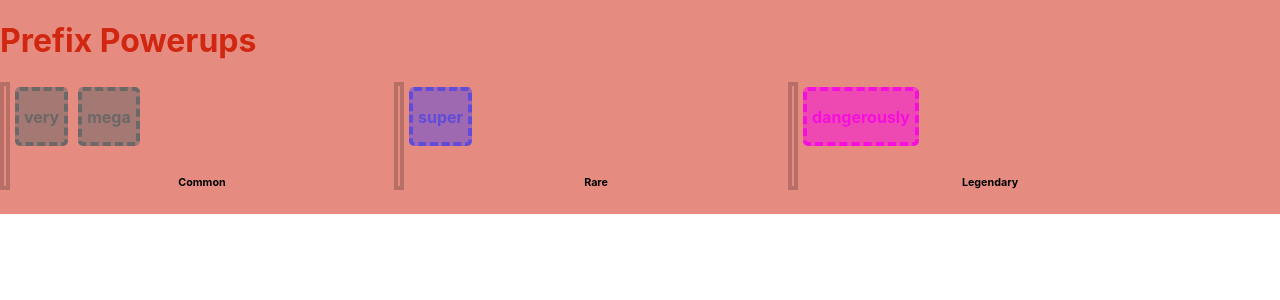
Repository: bsalgado98/buns-inator
Page: /
An editor plug-in stored every save of this project. The page is shown before and after a run of saves, followed by the edit.
The browser window is 1280 px wide. The pictures show the whole page.
The project was rebuilt for these pictures with package versions that can differ from the ones it lists, and the page was loaded fresh each time.

Above is the page before, as saved 2022-04-25 22:40:58.

After the next 2 saves:
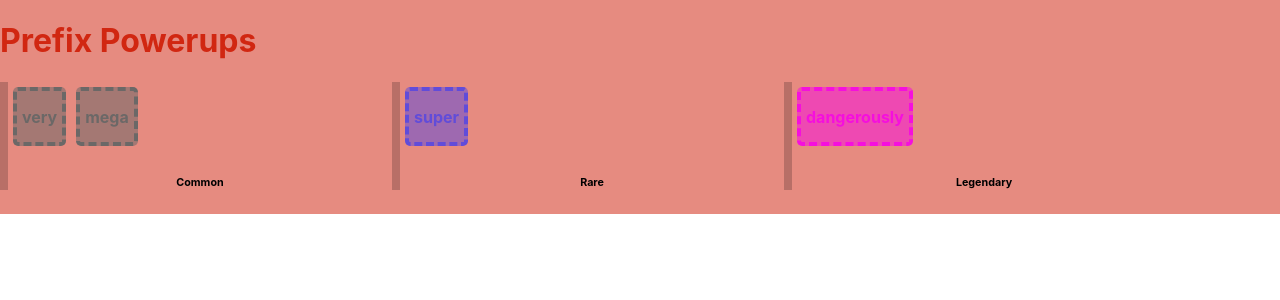
The 2 saves are shown as one change because they came seconds apart.
The last was saved 7 s later.
--- a/src/components/WordBank/WordBank.js
+++ b/src/components/WordBank/WordBank.js
@@ -40,7 +40,7 @@ const WordBank = ({ bankTitle = "N/A", color = "#000000", wordCollection = [] })
         divider: {
             style: {
                 height: '100px',
-                width: '2px',
+                width: '0px',
                 border: '4px solid black',
                 opacity: '0.2'
             }
